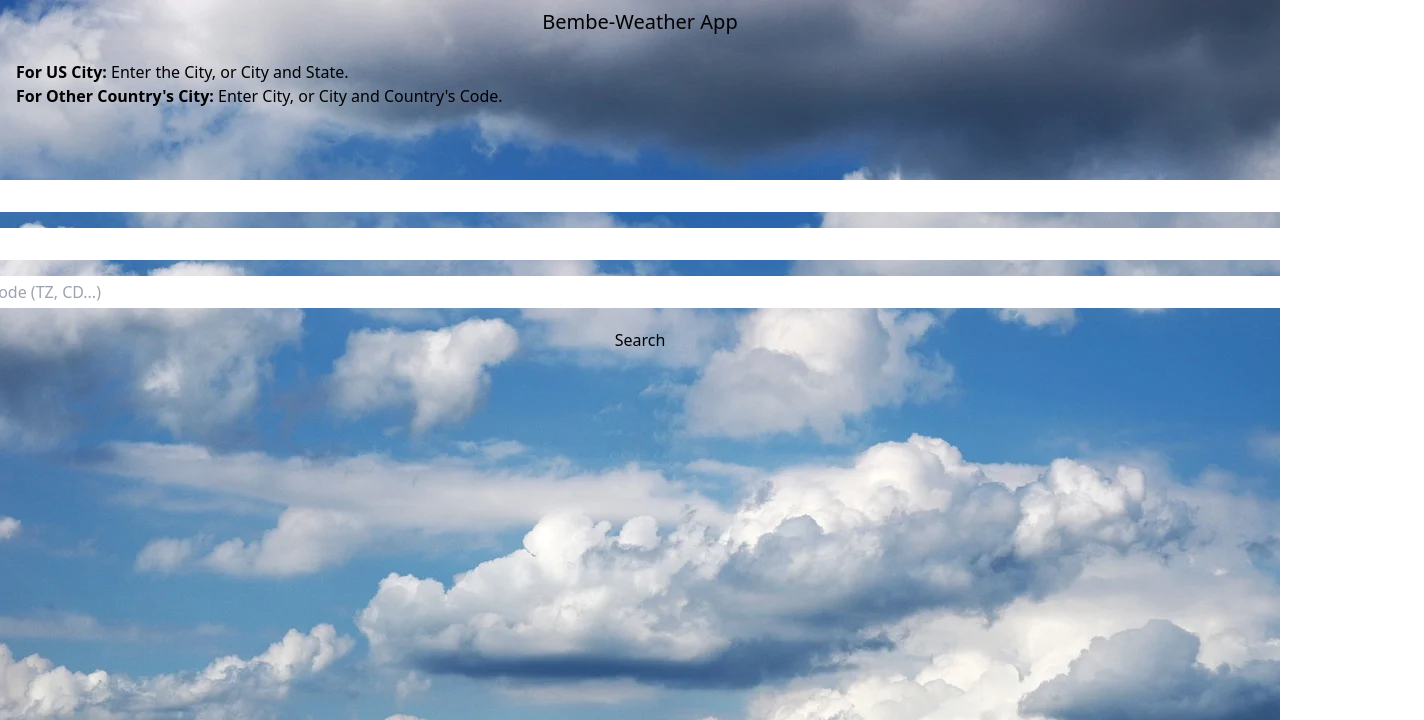
Repository: ShindanoSingi/bembe-weather
Page: /
The author's editor kept a copy of each file at every save. The page is drawn from the files as they stood at one save, then again after the next save.
The browser window is 1280 px wide. The page is 1424 px wide, then 1280 px, so the pictures cover 1424 px, including what lies to the right of the window. The pictures show the whole page.
The page's requests for data from a server got no answer. The project was rebuilt for these pictures with package versions that can differ from the ones it lists, and the page was loaded fresh each time. No one was signed in, and anything a server would have sent is missing.

Above is the page before, as saved 2022-09-14 03:18:05.

After the next save:
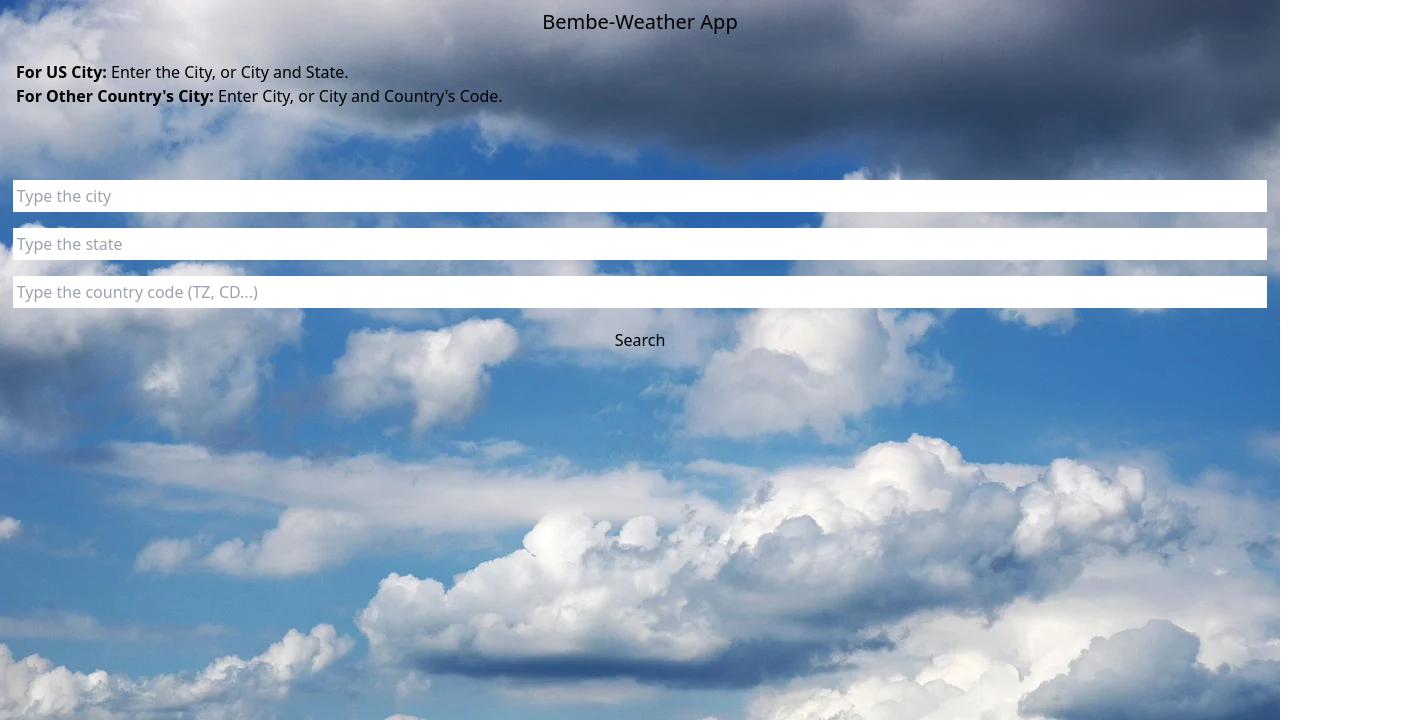
Saved 9 s later.
--- a/src/components/SearchForm.js
+++ b/src/components/SearchForm.js
@@ -15,7 +15,7 @@
         <div className="flex flex-col items-center gap-4 form-container">
           <div className="flex flex-col gap-4">
           <input
-          className="p-1 w-[98rem] cityInput"
+          className="p-1 w-[98vw] cityInput"
           placeholder="Type the city"
           type="text"
           name="SearchString"
